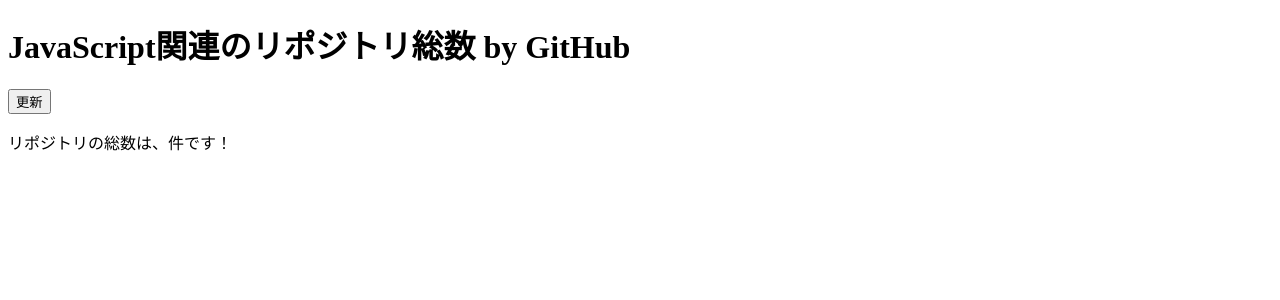
Repository: myojosamurai/Samurai_JS-
Page: javascript1/index11-5.html
The author's editor kept a record of every edit. The page is drawn from the files as they stood at one moment, then again after the next edit.
The browser window is 1280 px wide. The pictures show the whole page.
After loading, the first visible `#btn` was clicked once.
The page's requests for data from a server got no answer.

Above is the page before.

### javascript1/index11-5.html
<!DOCTYPE html>
<html lang="ja">
  <head>
    <meta charset="utf-8">
    <title>11.5演習問題</title>
  </head>
<body>
  <h1>JavaScript関連のリポジトリ総数 by GitHub</h1>
  <button id="btn">更新</button>
  <p>リポジトリの総数は、<span id="sousuu">0</span>件です！</p>

  <script>
    const url = 'https://api.github.com/search/repositories?q=javascript';
    const btn = document.getElementById('btn');
    const sousuu = document.getElementById('sousuu');

    btn.addEventListener('click', () => {
        sousuu.innerHTML = ''; // 結果表示部分をリセット

        fetch(url)
        .then(data => data.json())
        .then(data => {
            data.forEach(item => createSentence(item))
        })
    })

    const createSentence = item => {
        sousuu.textContent = item.title;
    }

  </script>
</body>
</html>

After the next edit:
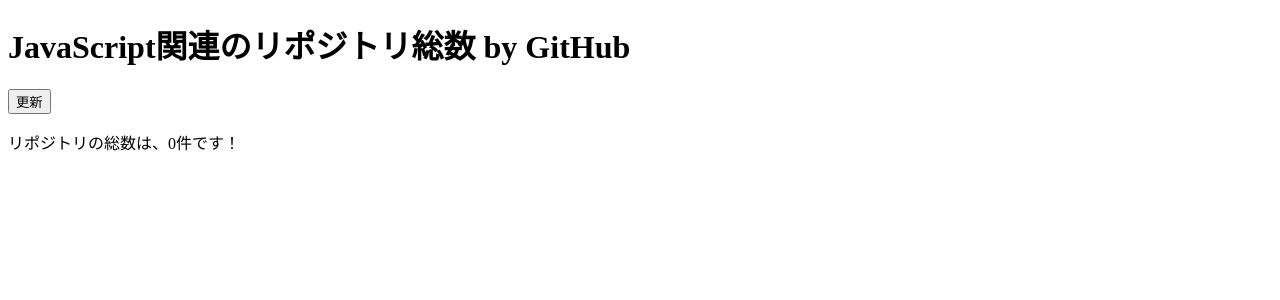
The edit:
--- a/javascript1/index11-5.html
+++ b/javascript1/index11-5.html
@@ -15,7 +15,7 @@
     const sousuu = document.getElementById('sousuu');
 
     btn.addEventListener('click', () => {
-        sousuu.innerHTML = ''; // 結果表示部分をリセット
+        sousuu.innerHTML = '0'; // 結果表示部分をリセット
 
         fetch(url)
         .then(data => data.json())
